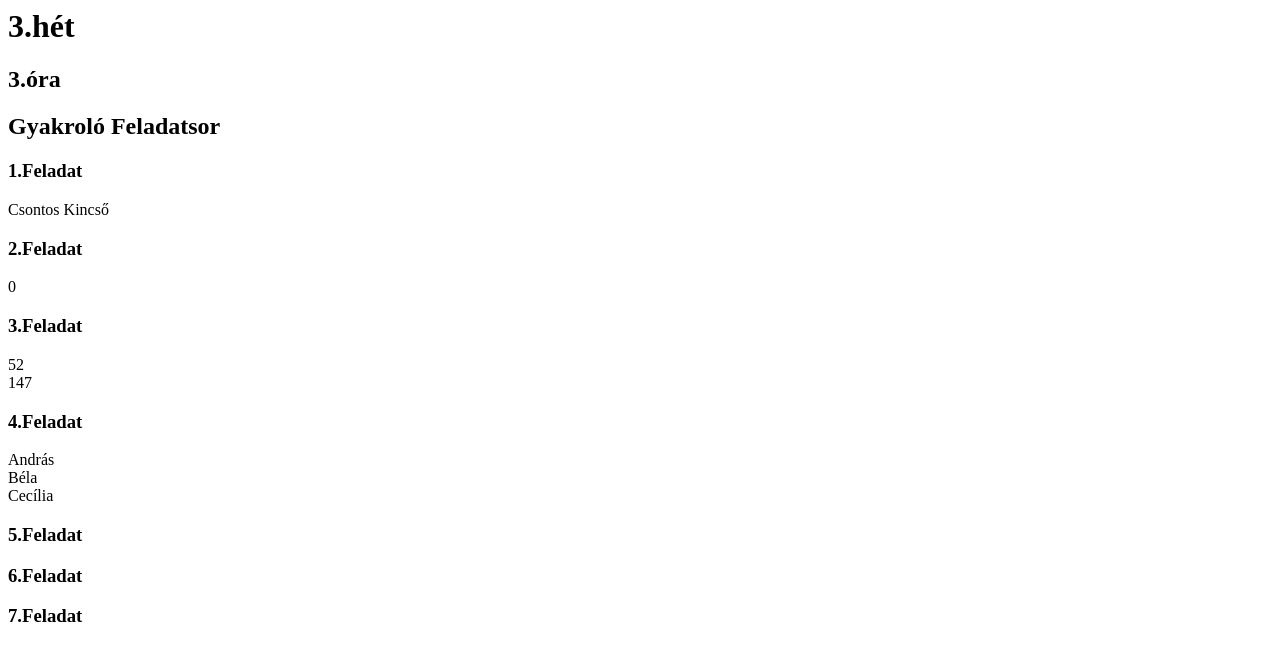
Repository: doomhyena/htdocs
Page: http://localhost/03.Week/feladat.php
These files come from the project's save history. The page is drawn as it stood at one moment and after the next save; the edit follows.
The browser window is 1280 px wide. The pictures show the whole page.
The page is run by PHP 8.4 with error messages shown; the project is at /var/www/html/.

Above is the page before, as saved 2024-09-20 12:26:58.

After the next save:
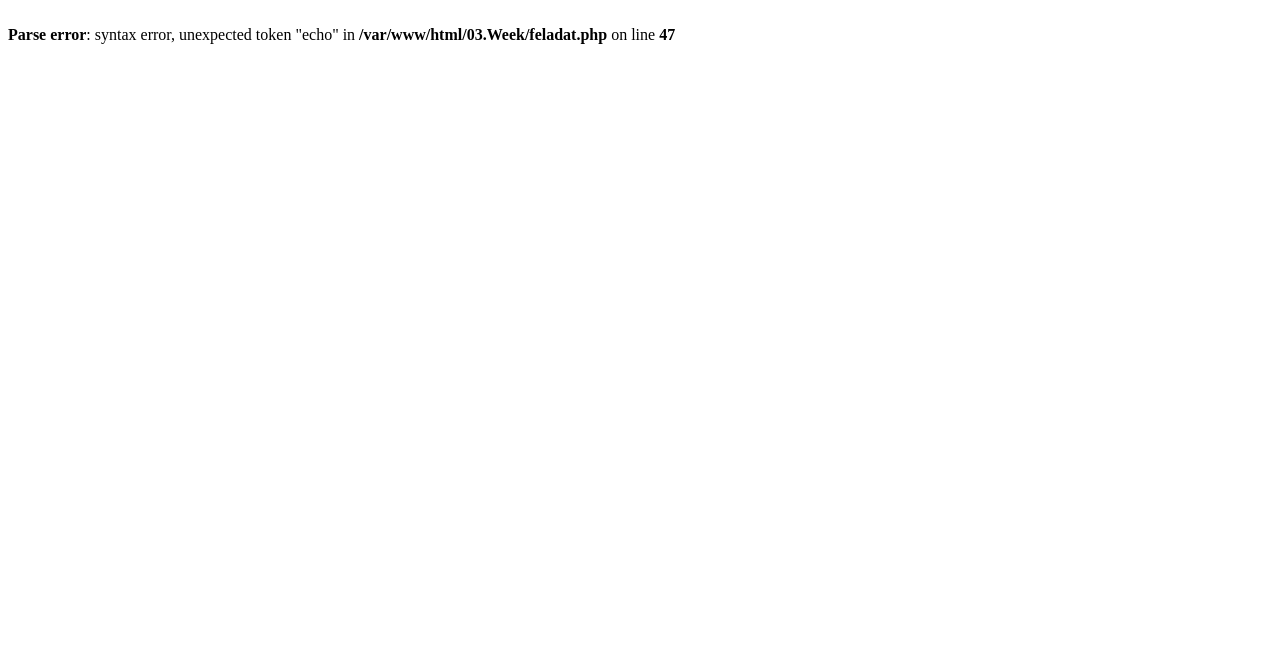
Saved 37 s later.
--- a/03.Week/feladat.php
+++ b/03.Week/feladat.php
@@ -42,6 +42,8 @@
 
 $lista = array();
 
+$randomnumber = rand(1, 12)
+
 echo "<h3>6.Feladat</h3>";
 
 

After the save that followed:
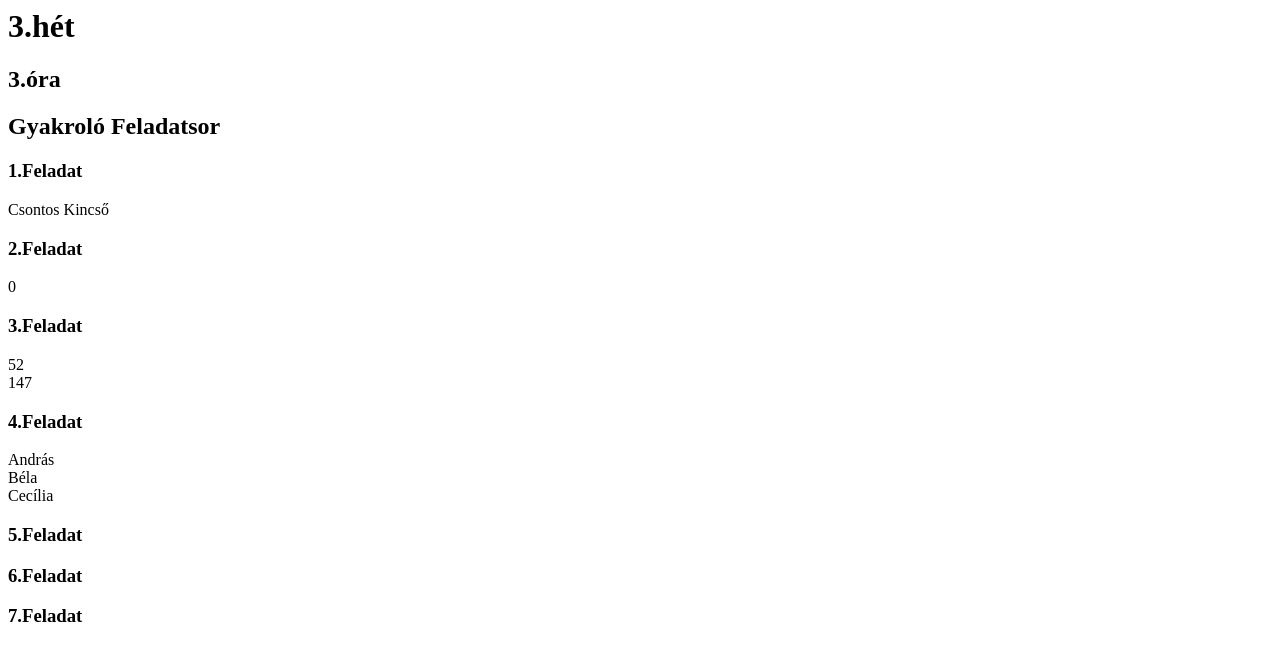
Saved 33 s later.
--- a/03.Week/feladat.php
+++ b/03.Week/feladat.php
@@ -42,7 +42,8 @@
 
 $lista = array();
 
-$randomnumber = rand(1, 12)
+$randomnumber = rand(1, 12);
+
 
 echo "<h3>6.Feladat</h3>";
 
